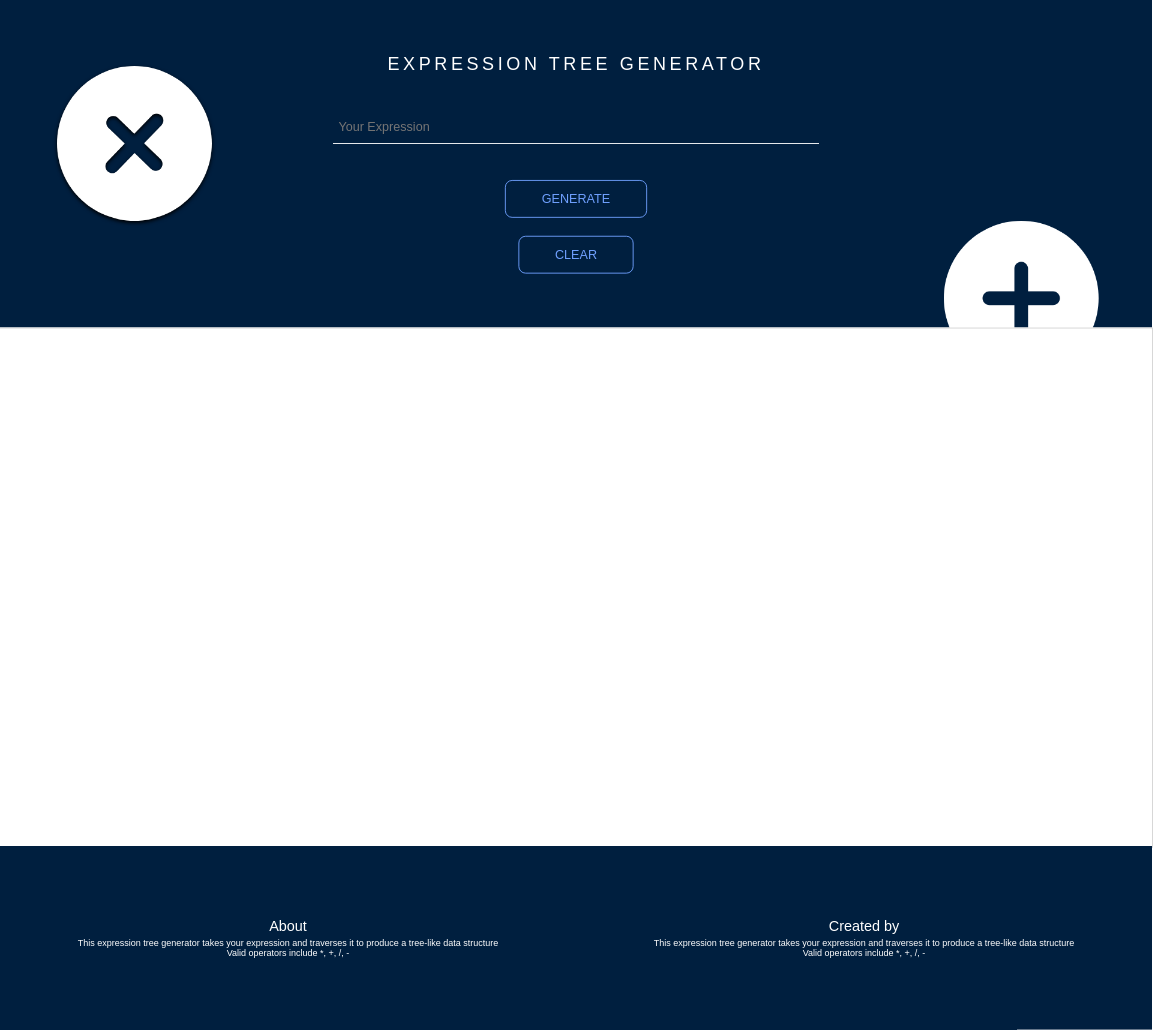
Repository: lnogueir/expression-tree-gen
Page: index.html
These files come from the project's save history. The page is drawn as it stood at one moment and after the next save; the edit follows.
The browser window is 1280 px wide. The page is 1281 px wide, so the pictures cover 1281 px, including what lies to the right of the window. The pictures show the whole page, at 90% of full size.

Above is the page before, as saved 2020-03-15 20:12:43.

After the next save:
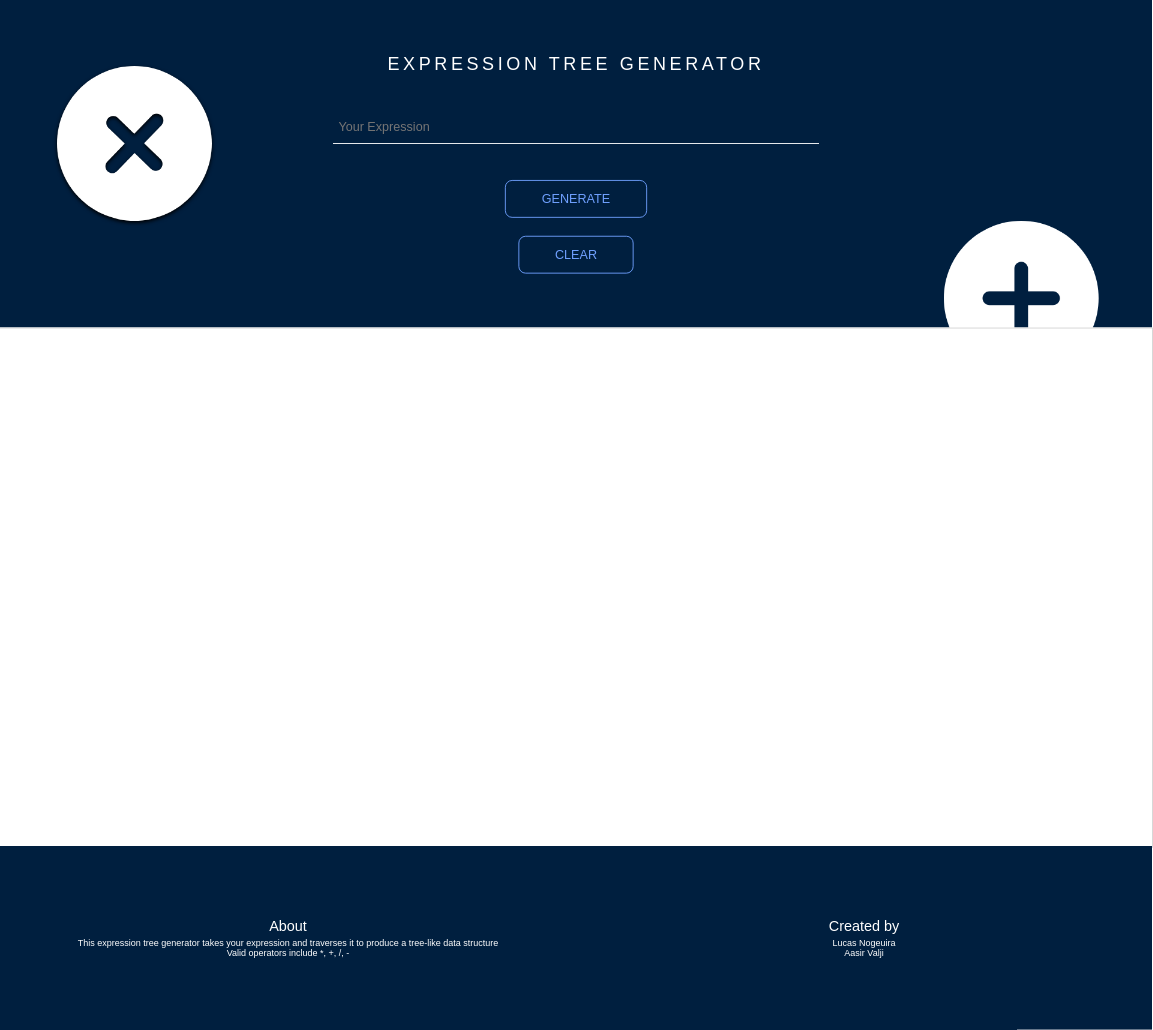
Saved 39 s later.
--- a/index.html
+++ b/index.html
@@ -42,10 +42,9 @@
        <div class="end-2">
         <div class="end-2-text">
             <h4>Created by</h4>
-            <p>This expression tree generator takes your expression and traverses it to produce a
-                tree-like data structure
+            <p>Lucas Nogeuira
                 <br>
-                Valid operators include *, +, /, -
+                Aasir Valji
             </p>
         </div>
            </div>
